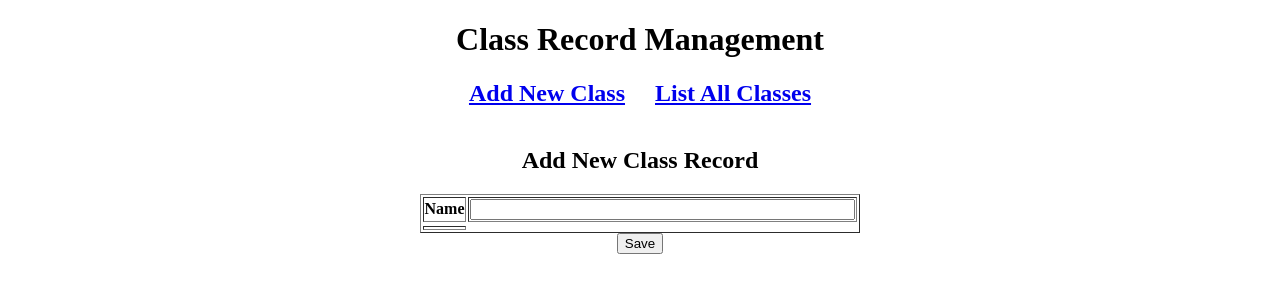
Repository: ashkumar661/Phase-2-Project
Page: http://localhost/crud-example/class-form.jsp
These files come from the project's save history. The page is drawn as it stood at one moment and after the next save; the edit follows.
The browser window is 1280 px wide. The pictures show the whole page.
The page is served by Tomcat 9. Other server files are loaded and not shown.

Above is the page before, as saved 2022-05-15 22:14:05.

### crud-example/src/main/webapp/class-form.jsp
<%@ page language="java" contentType="text/html; charset=ISO-8859-1"
	pageEncoding="ISO-8859-1"%>
<%@ taglib prefix="c" uri="http://java.sun.com/jsp/jstl/core"%>
<!DOCTYPE HTML PUBLIC "-//W3C//DTD HTML 4.01 Transitional//EN" "http://www.w3.org/TR/html4/loose.dtd">
<html>
<head>
<title>Learner's Academy</title>
</head>
<body>
	<center>
		<h1>Class Record Management</h1>
		<h2>
			<a href="<%=request.getContextPath()%>/newClass">Add New Class</a>
			&nbsp;&nbsp;&nbsp; <a href="<%=request.getContextPath()%>/listClass">List
				All Classes</a>

		</h2>
		<c:if test="${userClass != null}">
			<form action="updateClass" method="post">
		</c:if>
		<c:if test="${userClass == null}">
			<form action="insertClass" method="post">
		</c:if>
		<table border="1">
			<caption>
				<h2>
					<c:if test="${userClass != null}">
                        Edit Class Record
                    </c:if>
					<c:if test="${userClass == null}">
                        Add New Class Record
                    </c:if>
				</h2>
			</caption>
			<c:if test="${userClass != null}">
				<input type="hidden" name="id"
					value="<c:out value='${userClass.id}' />" />
			</c:if>
			<tr>
				<th>Name</th>
				<td><input type="text" name="name" size="45"
					value="<c:out value='${userClass.className}' />" /></td>
			</tr>
			<tr>
			<tr>
				<td align="center">
			</tr>
		</table>
		<input type="submit" value="Save" /></td>
		</form>
	</center>
</body>
</html>

After the next save:
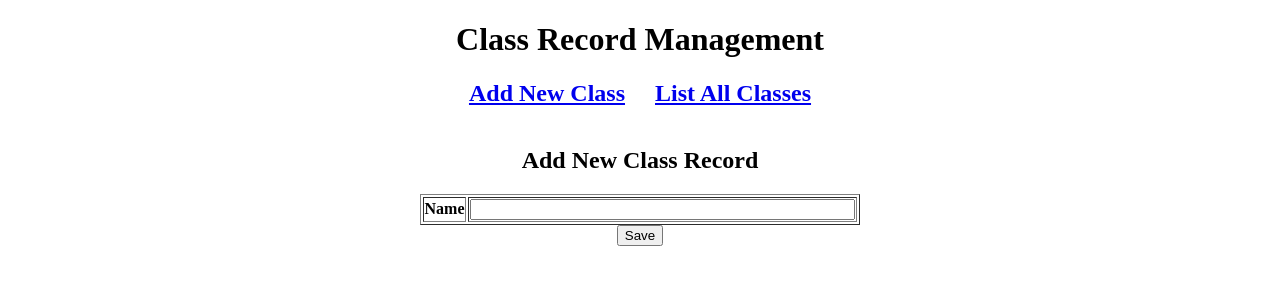
Saved 7 s later.
--- a/crud-example/src/main/webapp/class-form.jsp
+++ b/crud-example/src/main/webapp/class-form.jsp
@@ -41,10 +41,6 @@
 				<td><input type="text" name="name" size="45"
 					value="<c:out value='${userClass.className}' />" /></td>
 			</tr>
-			<tr>
-			<tr>
-				<td align="center">
-			</tr>
 		</table>
 		<input type="submit" value="Save" /></td>
 		</form>
